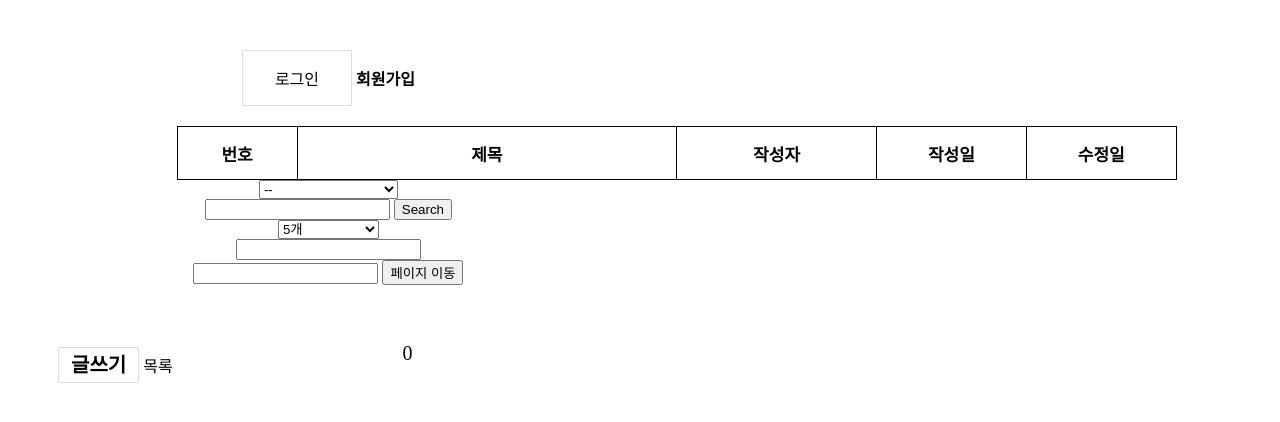
Repository: Shim-YoungDo/gaea-study
Page: http://localhost/study/WEB-INF/views/board/list.jsp
These files come from the project's save history. The page is drawn as it stood at one moment and after the next save; the edit follows.
The browser window is 1280 px wide. The pictures show the whole page.
The page is served by Tomcat 9. Nobody is signed in. Other server files are loaded and not shown. The template is opened directly, without the code that normally fills it, so the values that code supplies are empty.

Above is the page before, as saved 2021-12-07 05:06:48.

### study/src/main/webapp/WEB-INF/views/board/list.jsp
<%@ page language="java" contentType="text/html; charset=UTF-8"
	pageEncoding="UTF-8"%>
<%@ taglib uri="http://java.sun.com/jsp/jstl/core" prefix="c"%>
<%@ taglib prefix="fmt" uri="http://java.sun.com/jsp/jstl/fmt"%>
<!DOCTYPE html>
<html>
<head>
<meta charset="UTF-8">
<title>Insert title here</title>
<link rel="stylesheet" href="/resources/css/board/list.css">
<script src="https://code.jquery.com/jquery-3.4.1.js"
	integrity="sha256-WpOohJOqMqqyKL9FccASB9O0KwACQJpFTUBLTYOVvVU="
	crossorigin="anonymous"></script>
</head>
<body>
	<div class="table_wrap">
		<a href="/board/registeView" class="enroll_btn">글쓰기</a>
		<a href="/board/list" class="list_btn">목록</a>
		<div class="login_area">
		<!-- 로그인 x -->
		<c:if test="${member==null}">
		<div class="login_button"><a href="/member/login">로그인</a></div>
		<span><a href="/member/join">회원가입</a></span>
		</c:if>

		<!-- 로그인 o -->
		<c:if test="${member != null}">
		<div class="login_success_area">
			<span>이름:${member.memberName}</span>
			<span>아이디:${member.memberID}</span>
			<a href="/member/logout">로그아웃</a>
		</div>
		</c:if>

		<table>
			<thead>
				<tr>
					<th class="bno_width">번호</th>
					<th class="title_width">제목</th>
					<th class="writer_width">작성자</th>
					<th class="regdate_width">작성일</th>
					<th class="updatedate_width">수정일</th>
				</tr>
			</thead>
			<c:forEach items="${list}" var="list">
				<tr>
					<td><c:out value="${list.boardNumber}" /></td>
					<td>
						<a class="move" href='<c:out value="${list.boardNumber}"/>'>
							<c:out value="${list.boardTitle}" />
						</a>
					</td>
					<td>
						<c:out value="${list.boardWriter}" />
					</td>
					<td>
						<fmt:formatDate pattern="yyyy/MM/dd"
							value="${list.boardRegistrationDate}" />
					</td>
					<td>
						<fmt:formatDate pattern="yyyy/MM/dd"
							value="${list.boardUpdateDate}" />
					</td>
				</tr>
			</c:forEach>
		</table>

		<div class="search_wrap">
			<div class="search_area">
				<select name="type">
                <option value="" <c:out value="${pageMake.cri.type == null?'selected':'' }"/>>--</option>
                <option value="T" <c:out value="${pageMake.cri.type eq 'T'?'selected':'' }"/>>제목</option>
                <option value="C" <c:out value="${pageMake.cri.type eq 'C'?'selected':'' }"/>>내용</option>
                <option value="W" <c:out value="${pageMake.cri.type eq 'W'?'selected':'' }"/>>작성자</option>
                <option value="TC" <c:out value="${pageMake.cri.type eq 'TC'?'selected':'' }"/>>제목 + 내용</option>
                <option value="TW" <c:out value="${pageMake.cri.type eq 'TW'?'selected':'' }"/>>제목 + 작성자</option>
                <option value="TCW" <c:out value="${pageMake.cri.type eq 'TCW'?'selected':'' }"/>>제목 + 내용 + 작성자</option>
            </select>
				<input type="text" name="keyword" value="${pageMake.cri.keyword}">
				<button>Search</button>
			</div>
		</div>

		<div class="amount_wrap">
			<div class="amount_area">

					<select name="amount" onchange="selectBoxChange(this.value);">
						<option value="" disabled >=== 선택 ===</option>
						<option value=5 <c:out value="${pageMake.cri.amount == 5?'selected':''}"/>>5개</option>
    					<option value=10 <c:out value="${pageMake.cri.amount == 10?'selected':''}"/>>10개</option>
    					<option value=20 <c:out value="${pageMake.cri.amount == 20?'selected':''}"/>>20개</option>
    					<option value=25 <c:out value="${pageMake.cri.amount == 25?'selected':''}"/>>25개</option>

					</select>

			</div>
		</div>


		<div class="page_select_wrap">
			<div class="page_select_area">
				<input type = "text" pattern="\d" name="pageSelect"value='<c:out value="${pageMake.cri.pageNum}"/>'>
				<input name = "totalPage" readonly="readonly" value = '<c:out value="${pageMake.realEnd}"/>'>
				<button>페이지 이동</button>
			</div>
		</div>

		<div class="pageInfo_wrap">
			<div class="pageInfo_area">
				<ul id="pageInfo" class="pageInfo">

					<!-- 이전페이지 버튼 -->
					<c:if test="${pageMake.prev}">
						<li class="pageInfo_btn previous"><a href="${pageMake.startPage-1}">이전</a></li>
					</c:if>

					<!-- 각 번호 페이지 버튼 -->
					<c:forEach var="num" begin="${pageMake.startPage}" end="${pageMake.endPage}">
						<li class="pageInfo_btn ${pageMake.cri.pageNum == num ? "active":"" }"><a href="${num}">${num}</a></li>
					</c:forEach>

					<!--
					<form id="pageForm" method="post">
					<select name="amount" id="amount" onchange="selectBoxChange(this.value);">
						<option value="none">=== 선택 ===</option>
						<option value="5">5개</option>
    					<option value="10">10개</option>
    					<option value="20">20개</option>
					</select>
					</form>
					-->

					<!-- 다음페이지 버튼 -->
					<c:if test="${pageMake.next}">
						<li class="pageInfo_btn next"><a href="${pageMake.endPage+1}">다음</a></li>
					</c:if>
				</ul>
			</div>
		</div>

		<form id="moveForm" method="get">
			<input type="hidden" name="pageNum" value="${pageMake.cri.pageNum}">
			<input type="hidden" name="amount" value="${pageMake.cri.amount}">
			<input type="hidden" name="keyword" value="${pageMake.cri.keyword}">
			<input type="hidden" name="type" value="${pageMake.cri.type}">

		</form>
	</div>
</div>

	<script>
		let moveForm = $("#moveForm");
		let pageForm = $("#pageForm");

		$(".move").on("click", function(e) {
			e.preventDefault();
			moveForm.append("<input type='hidden' name='boardNumber' value='"
					+ $(this).attr("href") + "'>"); //<form>내부 boardNumber값을 저장하는 <input>태그 생성
			moveForm.attr("action", "/board/getPage");
			moveForm.submit();
				});

		$(".pageInfo a").on("click", function(e){
			e.preventDefault();
			moveForm.find("input[name='pageNum']").val($(this).attr("href")); //<form>내부 pageNum과 관련된 <input>태그의 value 속성값에 클릭한<a>태그 페이지 번호 삽입
			moveForm.attr("action", "/board/list");
			moveForm.submit();
		});

		/*
		var selectBoxChange = function(value){
			console.log("결과:" +value);
			$.ajax({
				type:"post",
				url:"/board/pageAmount",
				data: "pageAmount=" +value,
				success : function(data){
					alert("성공", +data);
					console.log(data);
				}
			});
		}*/

		/*
		$("#pageForm").change(function(){
			var pageAmount = value;

			$.ajax({
				type:"post",
				url:"/board/pageAmount",
				data: "pageAmount=" +pageAmount,
				success : function(data){
					alert("성공", +data);
					console.log(data);
				}
			});

		});*/


		//검색기능
		$(".search_area button").on("click", function(e){
			e.preventDefault();

			let type = $(".search_area select").val();
			let keyword = $(".search_area input[name='keyword']").val();

			if(!type){
				alert("검색 종류를 선택하세요");
				return false;
			}
			if(!keyword){
				alert("키워드를 입력하세요");
				return false;
			}

			//let val = $("input[name='keyword']").val();
			moveForm.find("input[name='type']").val(type);
			moveForm.find("input[name='keyword']").val(keyword);
			moveForm.find("input[name='pageNum']").val(1);
			moveForm.submit();
		});

		/*
		$("#pageForm").change(function(){
			var pageAmount = value;
			let amount = $(".amount_area select").val();

			pageForm.find("input[name]='amount'").val(amount);
			pageForm.submit();
		});*/

		//화면에 출력될 총 게시글 수 선택
		var selectBoxChange = function(value){

			let amount = $(".amount_area select").val();

			//pageForm.find("input[name]='amount'").val(amount);
			//pageForm.submit();
			moveForm.find("input[name='amount']").val(amount);
			moveForm.find("input[name='pageNum']").val(1);
			moveForm.submit();

			console.log("결과:" +value);
			//alert("성공", +data);
		}

		//선택 페이지 이동
		$(".page_select_area button").on("click",function(){

			let pageNum = $(".page_select_area [name='pageSelect']").val();

			moveForm.find("input[name='pageNum']").val(pageNum);
			moveForm.attr("action", "/board/list");
			moveForm.submit();
		});




		/*
		$(".page_count_area button").on("click"function(){
			let pageCount = $(".page_count_area [name='pageCount']").val();
			moveForm.find("input[name='pageCount']").val(pageCount);
			moveForm.attr("action", "/board/list");
			moveForm.submit();
		});
		*/
	</script>

</body>
</html>

### study/src/main/webapp/resources/css/board/list.css
@charset "UTF-8";
a{
  	text-decoration : none;
  }
  table{
 	border-collapse: collapse;
 	width: 1000px;
 	margin-top : 20px;
 	text-align: center;
  }
  td, th{
  	border : 1px solid black;
  	height: 50px;
  }
  th{
  	font-size : 17px;
  }
  thead{
  	font-weight: 700;
  }
  .table_wrap{
  	margin : 50px 0 0 50px;
  }
  .bno_width{
  	width: 12%;
  }
  .writer_width{
  	width: 20%;
  }
  .regdate_width{
  	width: 15%;
  }
  .updatedate_width{
  	width: 15%;
  }
  .enroll_btn{
  	font-size: 20px;
    padding: 6px 12px;
    background-color: #fff;
    border: 1px solid #ddd;
    font-weight: 600;
  }

  .pageInfo{
      list-style : none;
      display: inline-block;
    margin: 50px 0 0 100px;
  }
  .pageInfo li{
      float: left;
    font-size: 20px;
    margin-left: 18px;
    padding: 7px;
    font-weight: 500;
  }
  .login_area{
	width:25%;
	height:30%;
	display:inline-block;
	text-align:center;
}
  .login_button{
  	background-color: #ffffff; /* Green */
    border: 1px solid #ddd;
    color: white;
    padding: 15px 32px;
    text-align: center;
    text-decoration: none;
    display: inline-block;
    font-size: 16px;
  }
  .login_area>span{
	margin-top:10ox;
	font-weight:900;
	display:inline-block;
}


 a:link {color:black; text-decoration: none;}
 a:visited {color:black; text-decoration: none;}
 a:hover {color:blue; text-decoration: underline;}
 .active{
 	text-decoration:underline;
 }

After the next save:
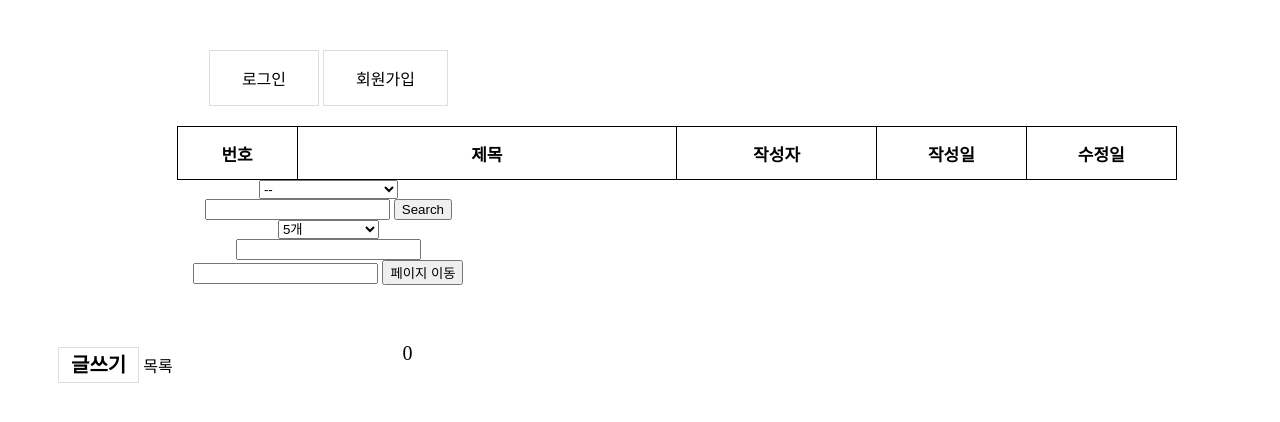
Saved 25 s later.
--- a/study/src/main/webapp/resources/css/board/list.css
+++ b/study/src/main/webapp/resources/css/board/list.css
@@ -70,9 +70,14 @@ a{
     font-size: 16px;
   }
   .login_area>span{
-	margin-top:10ox;
-	font-weight:900;
-	display:inline-block;
+	background-color: #ffffff; /* Green */
+    border: 1px solid #ddd;
+    color: white;
+    padding: 15px 32px;
+    text-align: center;
+    text-decoration: none;
+    display: inline-block;
+    font-size: 16px;
 }
 
 
